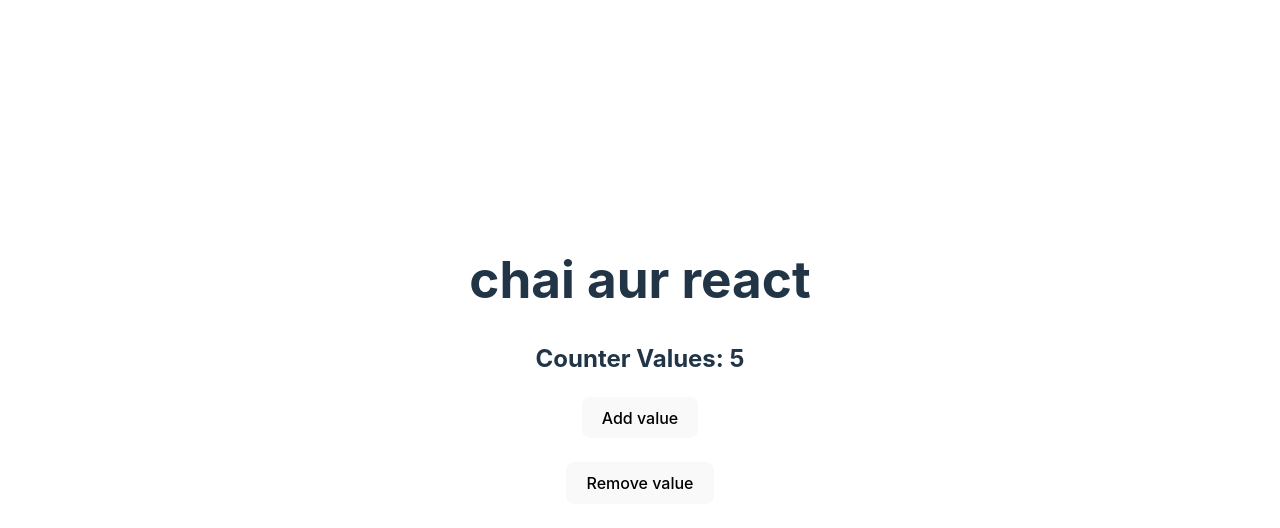
Repository: VishwaGoswami1407/React
Page: / (app in 02Counter/)
These files come from the project's save history. The page is drawn as it stood at one moment and after a run of saves; the edit follows.
The browser window is 1280 px wide. The pictures show the whole page.
The project was rebuilt for these pictures with package versions that can differ from the ones it lists, and the page was loaded fresh each time. Also part of the build but not shown: 02Counter/vite.config.js.

Above is the page before, as saved 2024-10-25 23:16:02.

### 02Counter/src/App.jsx
import './App.css'

function App() {

  let counter = 5;

  return (
   <>
      <h1>chai aur react</h1>
      <h2>Counter Values: {counter}</h2>

      <button
      on
      >Add value</button>
      <br />
      <br />
      <button>Remove value</button>
   </>
  )
}

export default App

Loaded but not shown: 02Counter/index.html (common file); 02Counter/src/main.jsx (common file); 02Counter/src/index.css (common file); 02Counter/src/App.css (common file)

After the next 6 saves:
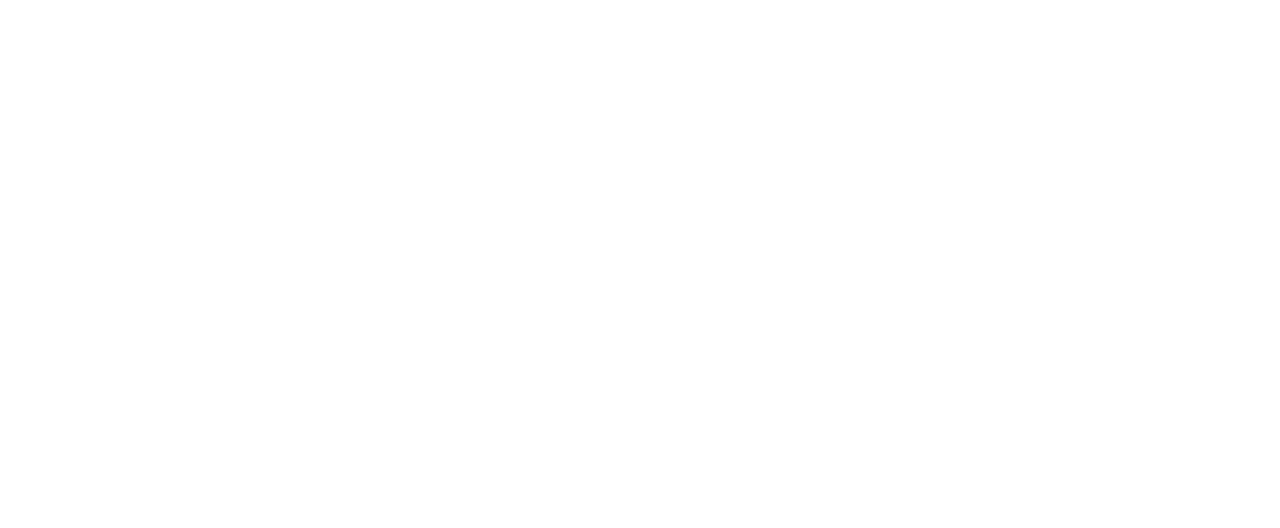
Console error: ReferenceError: addValue is not defined
The 6 saves are shown as one change because 1 did not build or start and some came seconds apart.
The last was saved 32 s later.
--- a/02Counter/src/App.jsx
+++ b/02Counter/src/App.jsx
@@ -10,7 +10,7 @@
       <h2>Counter Values: {counter}</h2>
 
       <button
-      on
+      onClick={addValue()}
       >Add value</button>
       <br />
       <br />

After the 5 saves that followed:
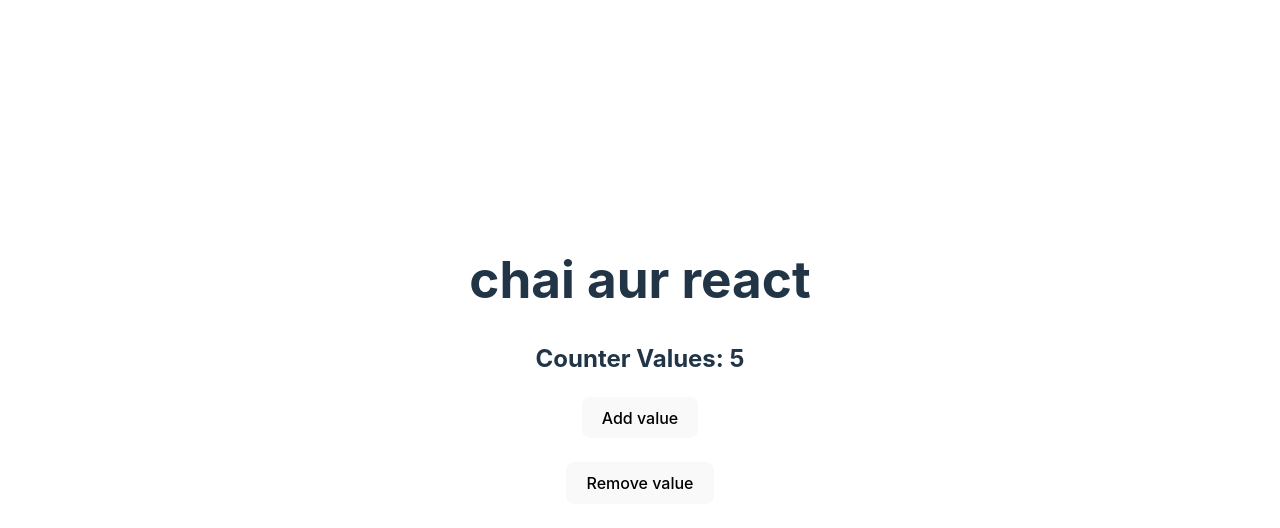
The error is gone.
The 5 saves are shown as one change because 1 did not build or start and 1 left the picture as it was and some came seconds apart.
The last was saved 34 s later.
--- a/02Counter/src/App.jsx
+++ b/02Counter/src/App.jsx
@@ -3,7 +3,9 @@
 function App() {
 
   let counter = 5;
-
+  const addValue = () => {
+    counter += 1;
+  }
   return (
    <>
       <h1>chai aur react</h1>
